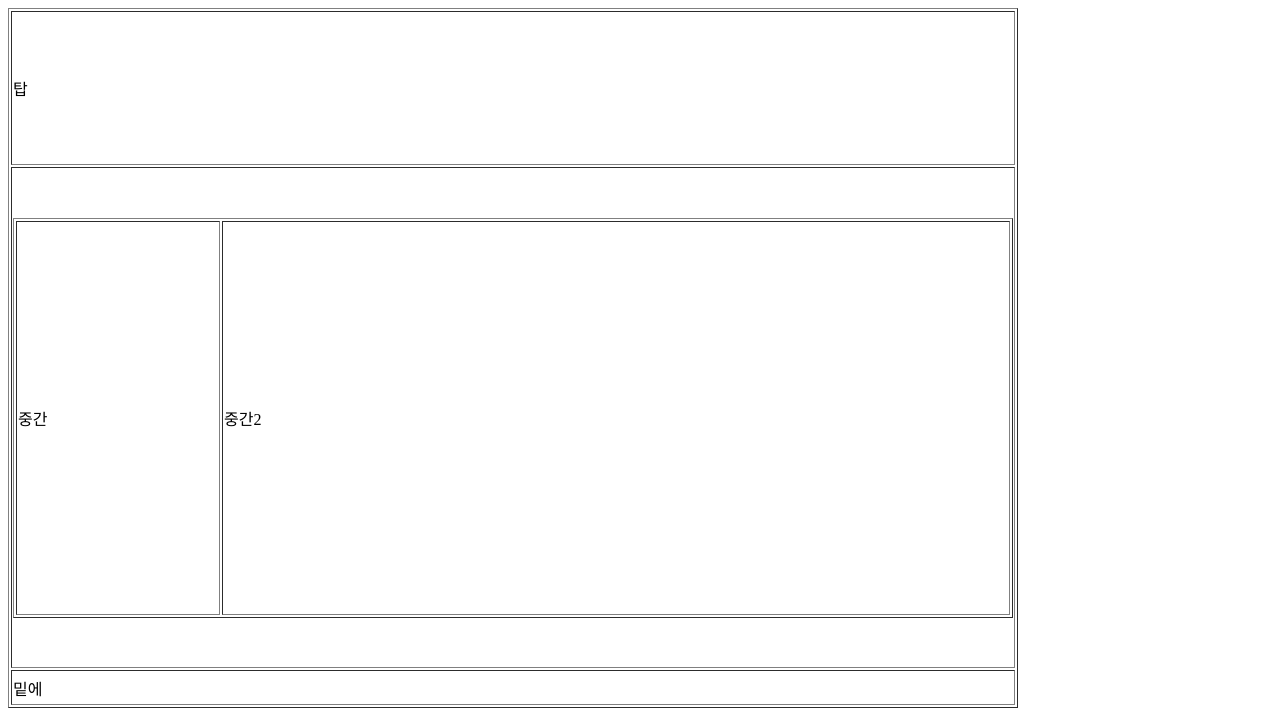
Repository: ikobean/ikoebean
Page: http://localhost/dev_jsp/ch07/index.jsp
An editor plug-in stored every save of this project. The page is shown before and after the next save, followed by the edit.
The browser window is 1280 px wide. The pictures show the whole page.
The page is served by Tomcat 9. Other server files are loaded and not shown.

Above is the page before, as saved 2019-07-17 01:49:44.

### workspace_jsp/dev_jsp/WebContent/ch07/index.jsp
<%@ page language="java" contentType="text/html; charset=UTF-8"
    pageEncoding="UTF-8"%>
<!DOCTYPE html>
<html>
<head>
<meta charset="UTF-8">
<title>Insert title here</title>
</head>
<body>
<table border=1 width="1000" height="700">
	<tr>
	<td height="150">탑</td>
	</tr>
	<tr>
		<td>
			<table border=1 width="1000" height="400">
				<tr>
					<td width="200" >
						중간
					</td>

					<td>
						중간2
					</td>
				</tr>

			</table>
		</td>
	</tr>
	<tr>
		<td>
		밑에
		</td>
	</tr>
</table>
</body>
</html>

After the next save:
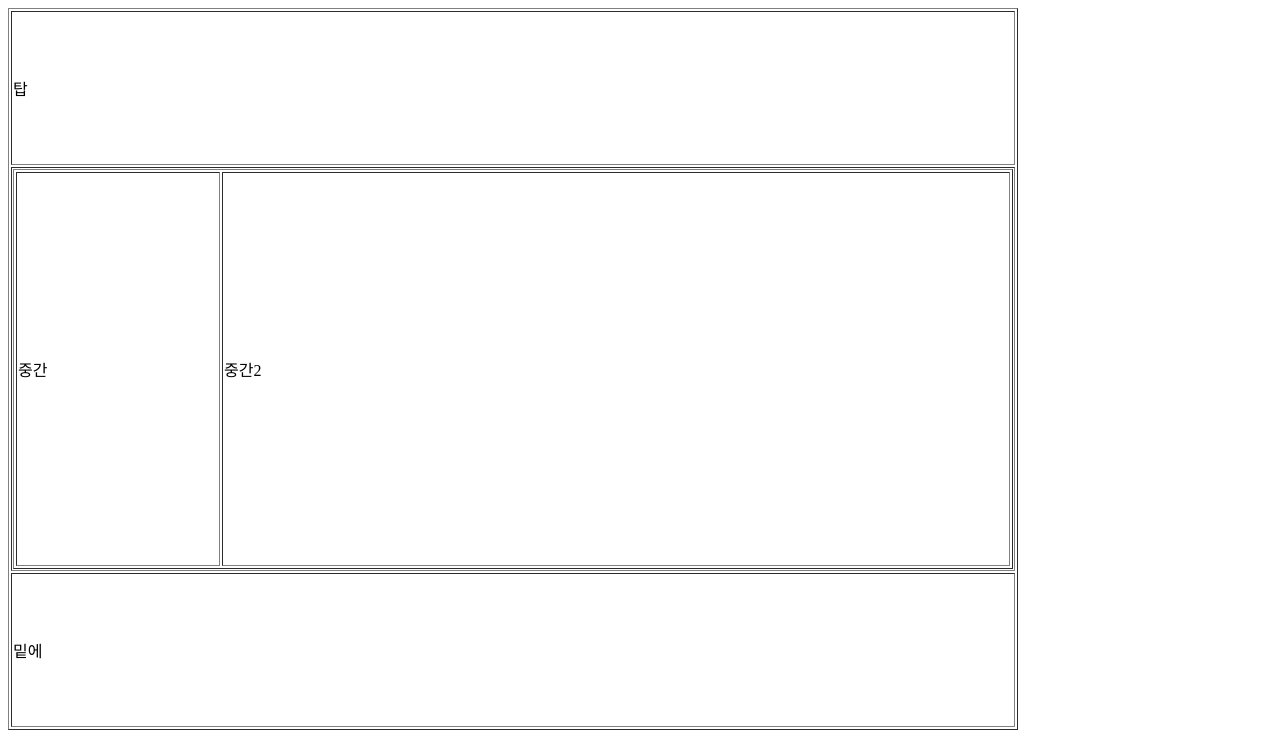
Saved 11 s later.
--- a/workspace_jsp/dev_jsp/WebContent/ch07/index.jsp
+++ b/workspace_jsp/dev_jsp/WebContent/ch07/index.jsp
@@ -28,7 +28,7 @@
 		</td>
 	</tr>
 	<tr>
-		<td>
+		<td height="150">
 		밑에
 		</td>
 	</tr>
